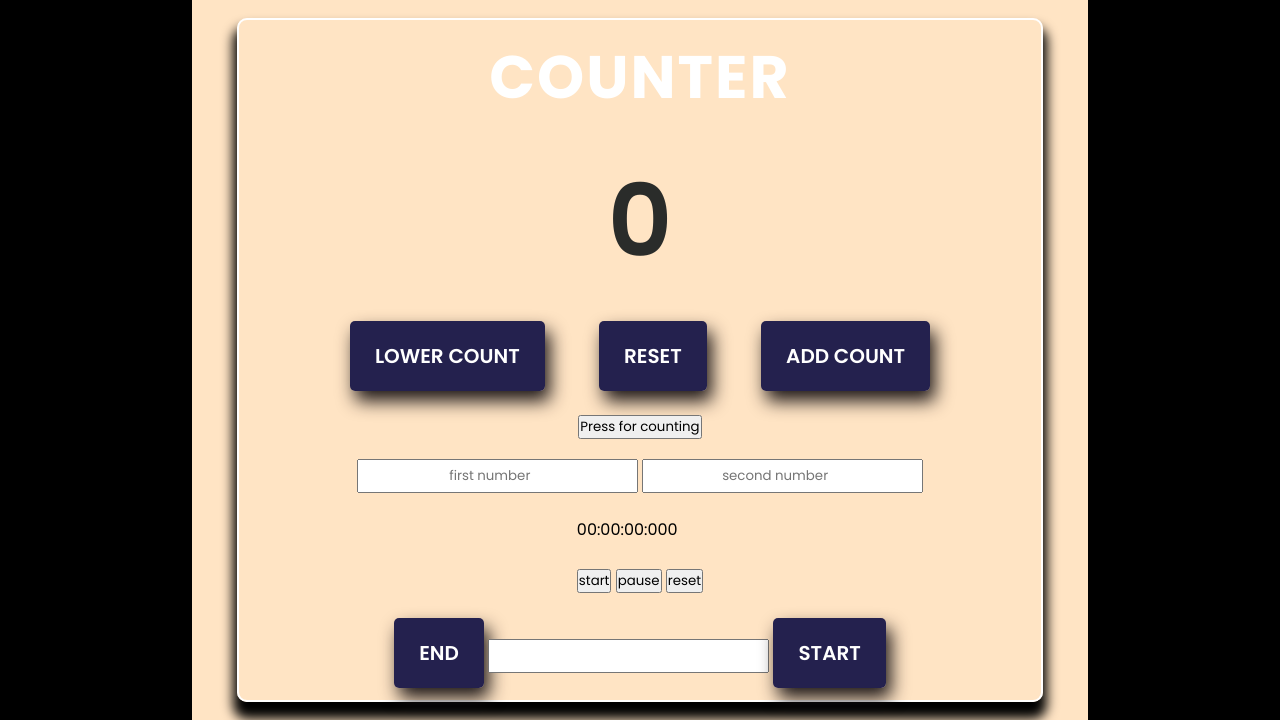
Repository: Seryozha02/Calculator
Page: index.html
The author's editor kept a copy of each file at every save. The page is drawn from the files as they stood at one save, then again after the next save.
The browser window is 1280 px wide. The pictures show the whole page.

Above is the page before, as saved 2022-02-20 13:43:58.
Not found: script.js

After the next save:
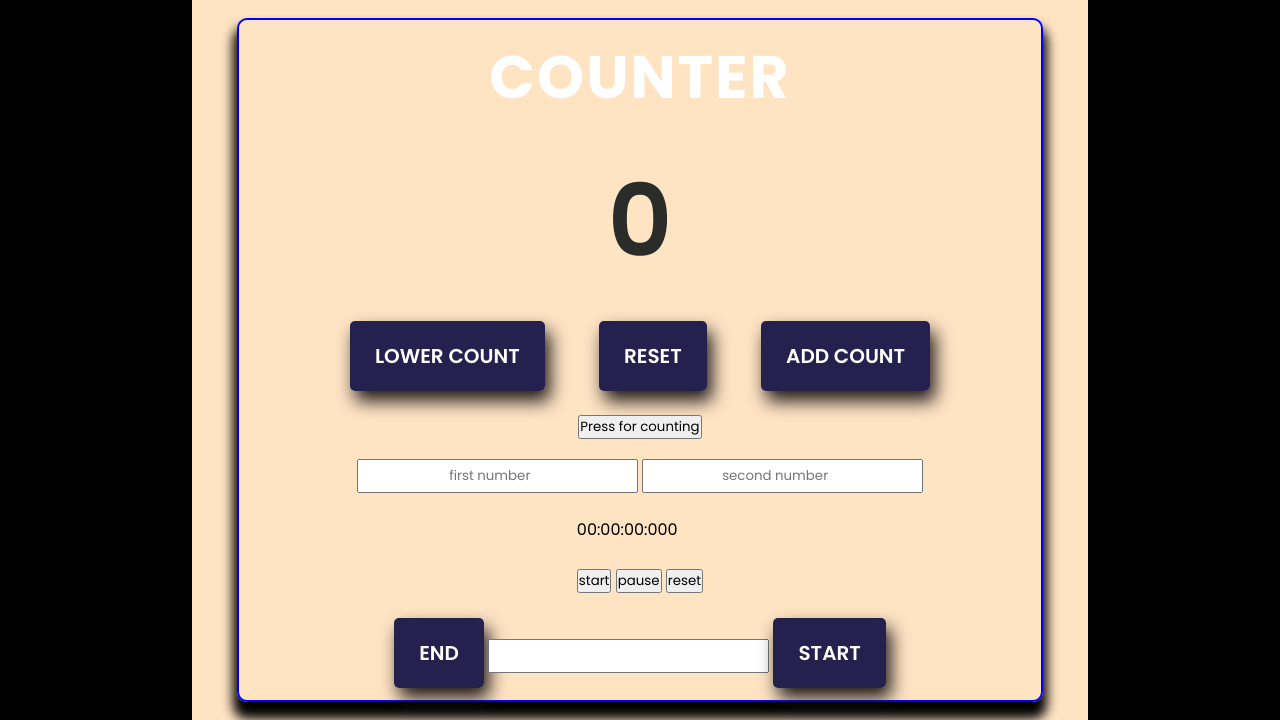
Saved 30 s later.
--- a/style.css
+++ b/style.css
@@ -34,7 +34,7 @@
     align-items: center;
     justify-content: center;
     flex-direction: column;
-    border: 2px solid white;
+    border: 2px solid blue;
     border-radius: 10px;
     box-shadow: 0px 13px 12px 4px;
     display: flex;
